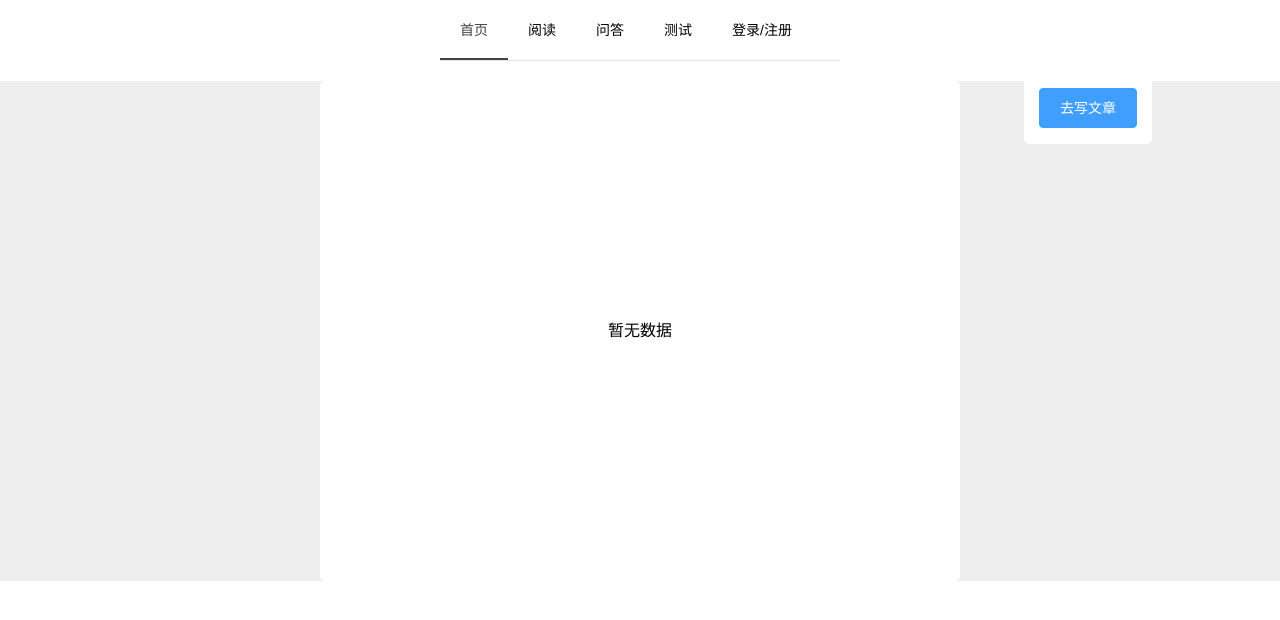
Repository: shengligo/xyx_vue_v1
Page: /read
An editor plug-in stored every save of this project. The page is shown before and after the next save, followed by the edit.
The browser window is 1280 px wide. The pictures show the whole page.
The page's requests for data from a server got no answer. The project was rebuilt for these pictures with package versions that can differ from the ones it lists, and the page was loaded fresh each time. No one was signed in, and anything a server would have sent is missing. Also part of the build but not shown: vue.config.js, src/views/home/childComps/Art.vue, src/views/author/authors.vue, src/views/questions/QuestionDetail.vue.

Above is the page before, as saved 2021-09-04 17:52:24.

After the next save:
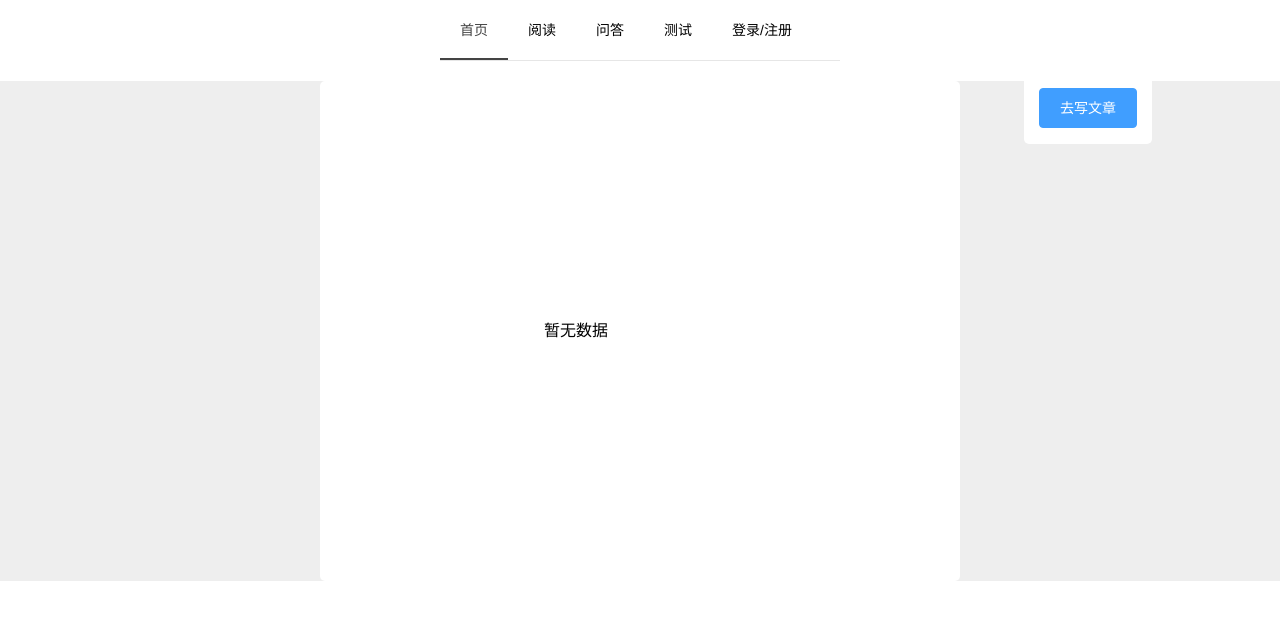
Saved 32 s later.
--- a/src/views/read/Read.vue
+++ b/src/views/read/Read.vue
@@ -154,7 +154,7 @@
   margin: 0 auto;
 }
 .nolist{
-  margin: 0 auto;
+  margin: 10 auto;
   width: 80%;
   display: flex;
   align-items: center;

After the save that followed:
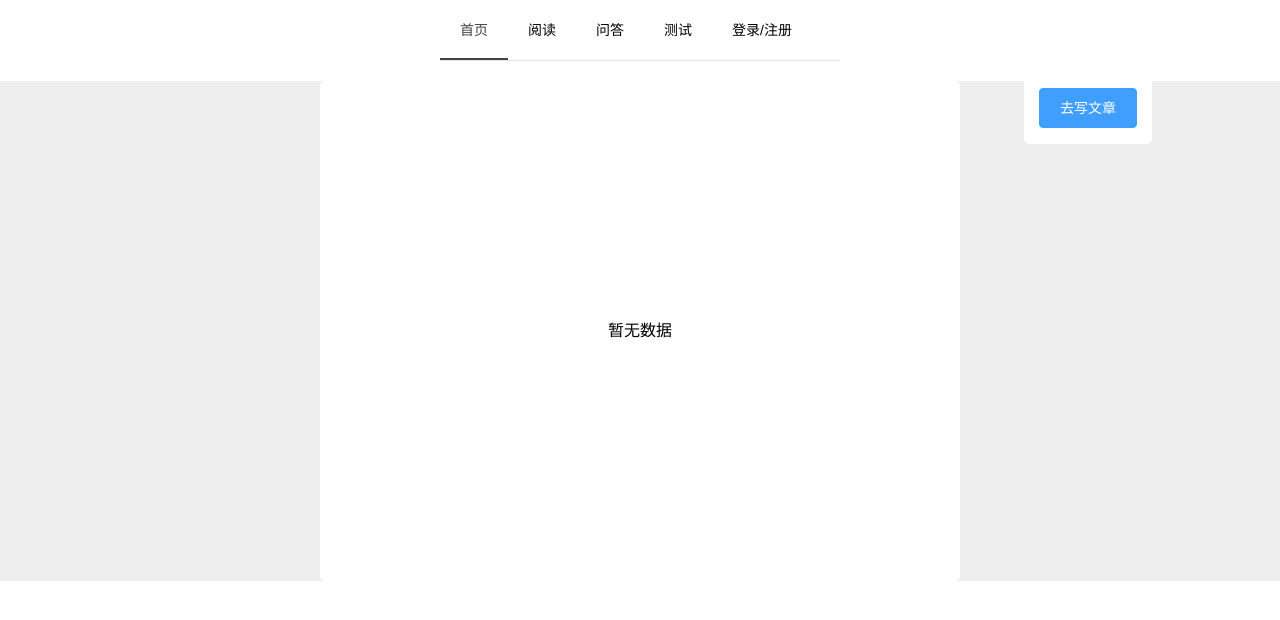
Saved 6 s later.
--- a/src/views/read/Read.vue
+++ b/src/views/read/Read.vue
@@ -154,7 +154,7 @@
   margin: 0 auto;
 }
 .nolist{
-  margin: 10 auto;
+  margin: 0 auto;
   width: 80%;
   display: flex;
   align-items: center;
